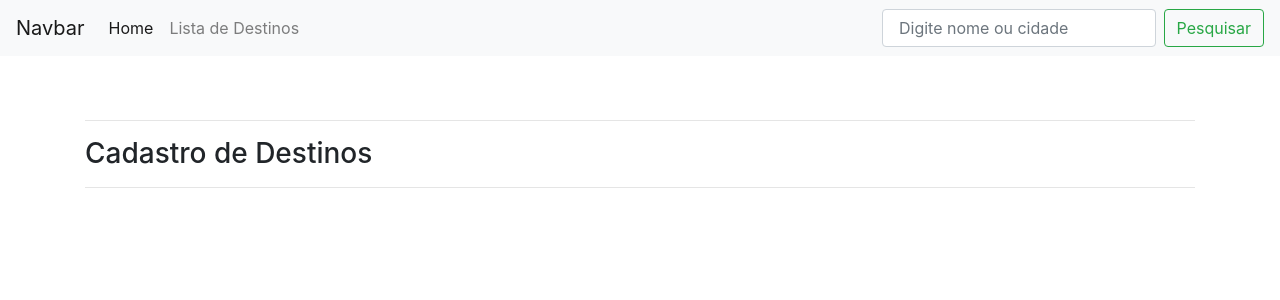
Repository: SolanoBarcelos/AtvPratMod4
Page: CrudJAVA/AtvPratMod4/src/main/webapp/index.html
These files come from the project's save history. The page is drawn as it stood at one moment and after the next save; the edit follows.
The browser window is 1280 px wide. The pictures show the whole page.

Above is the page before, as saved 2022-02-13 19:47:36.

### CrudJAVA/AtvPratMod4/src/main/webapp/index.html
<!DOCTYPE html>
<html>
<head>
<meta charset="ISO-8859-1">
<title>CRUD JAVA - Cadastro de Destino | Home</title>
<link rel="stylesheet" href="https://stackpath.bootstrapcdn.com/bootstrap/4.1.3/css/bootstrap.min.css" integrity="sha384-MCw98/SFnGE8fJT3GXwEOngsV7Zt27NXFoaoApmYm81iuXoPkFOJwJ8ERdknLPMO" crossorigin="anonymous">
<script src="https://code.jquery.com/jquery-3.3.1.slim.min.js" integrity="sha384-q8i/X+965DzO0rT7abK41JStQIAqVgRVzpbzo5smXKp4YfRvH+8abtTE1Pi6jizo" crossorigin="anonymous"></script>
<script src="https://cdnjs.cloudflare.com/ajax/libs/popper.js/1.14.3/umd/popper.min.js" integrity="sha384-ZMP7rVo3mIykV+2+9J3UJ46jBk0WLaUAdn689aCwoqbBJiSnjAK/l8WvCWPIPm49" crossorigin="anonymous"></script>
<script src="https://stackpath.bootstrapcdn.com/bootstrap/4.1.3/js/bootstrap.min.js" integrity="sha384-ChfqqxuZUCnJSK3+MXmPNIyE6ZbWh2IMqE241rYiqJxyMiZ6OW/JmZQ5stwEULTy" crossorigin="anonymous"></script>
</head>
<body>

<nav class="navbar navbar-expand-lg navbar-light bg-light">
  <a class="navbar-brand" href="#">Navbar</a>
  <button class="navbar-toggler" type="button" data-toggle="collapse" data-target="#conteudoNavbarSuportado" aria-controls="conteudoNavbarSuportado" aria-expanded="false" aria-label="Alterna navegação">
    <span class="navbar-toggler-icon"></span>
  </button>

  <div class="collapse navbar-collapse" id="conteudoNavbarSuportado">
    <ul class="navbar-nav mr-auto">
      <li class="nav-item active">
        <a class="nav-link" href="index.html">Home <span class="sr-only">(página atual)</span></a>
      </li>
      <li class="nav-item">
        <a class="nav-link" href="#">Lista de Destinos</a>
      </li>
    </ul>
    <form class="form-inline my-2 my-lg-0">
      <input name="pesauisa" class="form-control mr-sm-2" type="search" placeholder=" Digite nome ou cidade" aria-label="Pesquisar">
      <button class="btn btn-outline-success my-2 my-sm-0" type="submit">Pesquisar</button>
    </form>
  </div>
</nav>

<br>
<br>

<div class="container">
<div class="row">
</div class="Cold-md-7">
<hr>
<h3>Cadastro de Destinos</h3>
<hr>

</div>

</body>
</html>

After the next save:
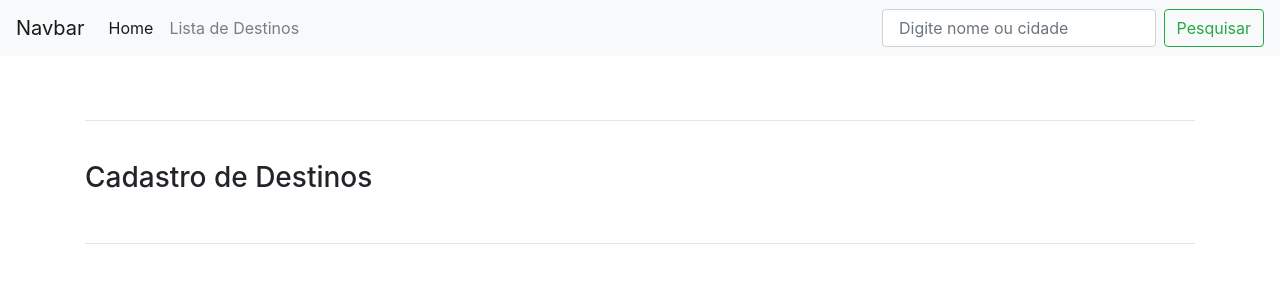
Saved 87 s later.
--- a/CrudJAVA/AtvPratMod4/src/main/webapp/index.html
+++ b/CrudJAVA/AtvPratMod4/src/main/webapp/index.html
@@ -39,9 +39,11 @@
 <div class="row">
 </div class="Cold-md-7">
 <hr>
+<br>
 <h3>Cadastro de Destinos</h3>
+<br>
 <hr>
-
+<for
 </div>
 
 </body>

After the save that followed:
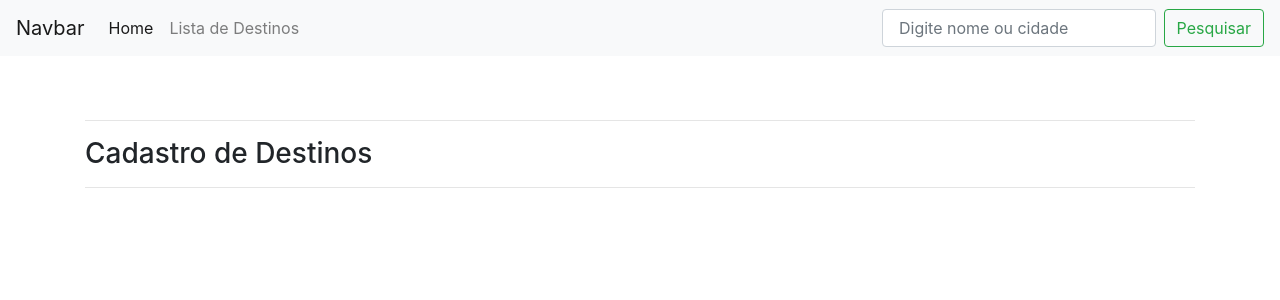
Saved 31 s later.
--- a/CrudJAVA/AtvPratMod4/src/main/webapp/index.html
+++ b/CrudJAVA/AtvPratMod4/src/main/webapp/index.html
@@ -39,9 +39,9 @@
 <div class="row">
 </div class="Cold-md-7">
 <hr>
-<br>
+
 <h3>Cadastro de Destinos</h3>
-<br>
+
 <hr>
 <for
 </div>
